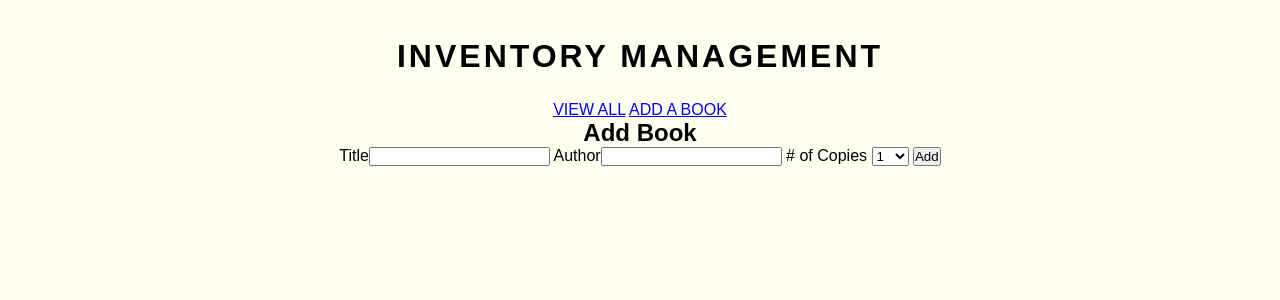
Repository: MuffinCrow/ucvts-library
Page: http://localhost/ucvts-library/bookform.jsp
An editor plug-in stored every save of this project. The page is shown before and after a run of saves, followed by the edit.
The browser window is 1280 px wide. The pictures show the whole page.
The page is served by Tomcat 9. Other server files are loaded and not shown. The template is opened directly, without the code that normally fills it, so the values that code supplies are empty.

Above is the page before, as saved 2021-01-12 04:54:36.

### Code/ucvts-library/WebContent/bookform.jsp
<%@ page language="java" contentType="text/html; charset=UTF-8" pageEncoding="UTF-8"%>
<%@ taglib uri="http://java.sun.com/jsp/jstl/core" prefix="c"%>

<!DOCTYPE html>
<html>
	<head>
		<link rel="stylesheet" href="/WebContent/css/styles.css" type = "text/css" />
		<meta charset="UTF-8">
		<title>UCVTS Library</title>
	</head>
	<body>
		<div>
			<h1>Inventory Management</h1>

			<div>
				<a href="${pageContext.request.contextPath}/">VIEW ALL</a>
				<a href="${pageContext.request.contextPath}/add">ADD A BOOK</a>
			</div>
		</div>
		<div>
			<c:if test="${book != null}">
				<h2>Edit Book</h2>
				<form action="update" method="post">
					<input type="hidden" name="id" value="<c:out value="${book.title}" />" />

					<label>Title<input type="text" name="title" value="<c:out value="${book.title}" />" /></label>
					<label>Author<input type="text" name="author" value="<c:out value="${book.title}" />" /></label>
					<label>
						# of Copies
						<select name="copies">
							<c:forEach begin="1" end="15" varStatus="loop">
								<option value="${loop.index}" <c:if test="${book.copies == loop.index}">selected</c:if>>${loop.index}</option>
							</c:forEach>
							</select>
						</label>
					<input type="submit" value="Save" name="submit" />
					<input type="submit" value="Delete" name="submit" />
				</form>
			</c:if>
			<c:if test="${book == null}">
				<h2>Add Book</h2>
				<form action="insert" method="post">
					<input type="hidden" name="id" />

					<label>Title<input type="text" name="title" /></label>
					<label>Author<input type="text" name="author" /></label>
					<label>
						# of Copies
							<select name="copies">
								<c:forEach begin="1" end="15" varStatus="loop">
									<option value="${loop.index}">${loop.index}</option>
								</c:forEach>
							</select>
						</label>
					<input type="submit" value="Add" name="submit" />
				</form>
			</c:if>
		</div>
	</body>
</html>

### Code/ucvts-library/WebContent/css/styles.css
* {
	box-sizing: border-box;
	margin: 0;
	padding: 0;
}

body {
	background-color: ivory;
	font-family: "Montserrat", sans-serif;
	padding-top: 3%;
	text-align: center;
}

h1 {
	letter-spacing: 3px;
	margin-bottom: 2%;
	text-transform: uppercase;
}

table {
	border-collapse: collapse;
	margin: 0 auto;
	width: 80%;
}

table tr:first-child {
	background-color: lightblue;
}

table th {
	font-weight: bold;
}

table td {
	text-align: left;
}

table td:nth-child(3),
table td:nth-child(4) {
	text-align: center;
}

table td:nth-child(5) div {
	display: flex;
	justify-content: space-around;
}

table th,
table td {
	padding: 7px;
}

.header {
	display: flex;
	justify-content: space-between;
	margin: 0 auto;
	margin-bottom: 2%;
	width: 30%;
}

.header-button {
	background-color: lightcoral;
	border: 1px solid black;
	border-radius: 7px;
	color: black;
	font-weight: bold;
	padding: 12px;
	text-align: center;
	text-decoration: none;
	width: 45%;
}

.header-button:active {
	background-color: coral;
	color: white;
}

.button {
	background-color: lightgray;
	border: 1px solid black;
	border-radius: 3px;
	color: black;
	font-size: 14px;
	padding: 5px;
	text-align: center;
	text-decoration: none;
	width: 25%;
}

.button:active {
	background-color: darkgray;
	color: white;
}

After the next 2 saves:
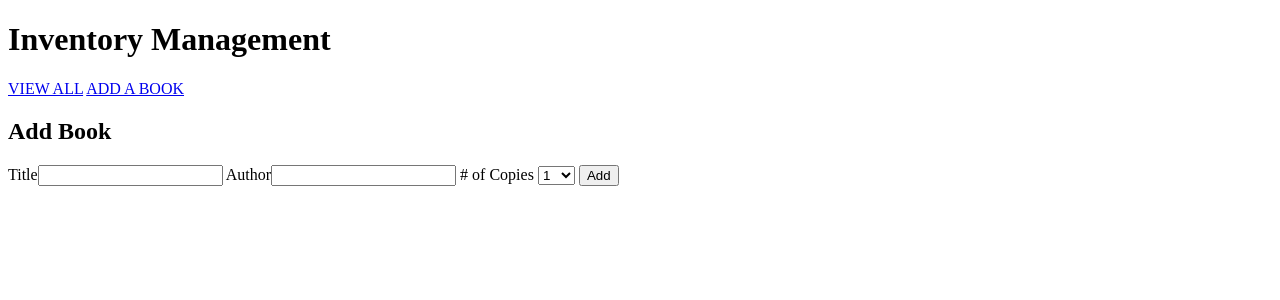
The 2 saves are shown as one change because 1 did not build or start.
The last was saved 63 s later.
--- a/Code/ucvts-library/WebContent/bookform.jsp
+++ b/Code/ucvts-library/WebContent/bookform.jsp
@@ -4,7 +4,6 @@
 <!DOCTYPE html>
 <html>
 	<head>
-		<link rel="stylesheet" href="/WebContent/css/styles.css" type = "text/css" />
 		<meta charset="UTF-8">
 		<title>UCVTS Library</title>
 	</head>

After the save that followed:
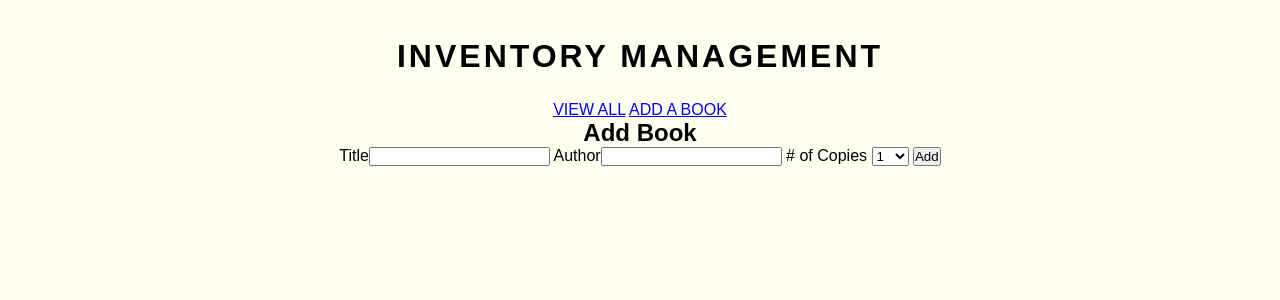
Saved 2 min 52 s later.
--- a/Code/ucvts-library/WebContent/bookform.jsp
+++ b/Code/ucvts-library/WebContent/bookform.jsp
@@ -6,6 +6,10 @@
 	<head>
 		<meta charset="UTF-8">
 		<title>UCVTS Library</title>
+
+		<style type="text/css">
+			<%@ include file="css/styles.css" %>
+		</style>
 	</head>
 	<body>
 		<div>
@@ -32,8 +36,10 @@
 							</c:forEach>
 							</select>
 						</label>
-					<input type="submit" value="Save" name="submit" />
-					<input type="submit" value="Delete" name="submit" />
+					<div class="form-actions">
+						<input type="submit" value="Save" name="submit" />
+						<input type="submit" value="Delete" name="submit" />
+					</div>
 				</form>
 			</c:if>
 			<c:if test="${book == null}">
